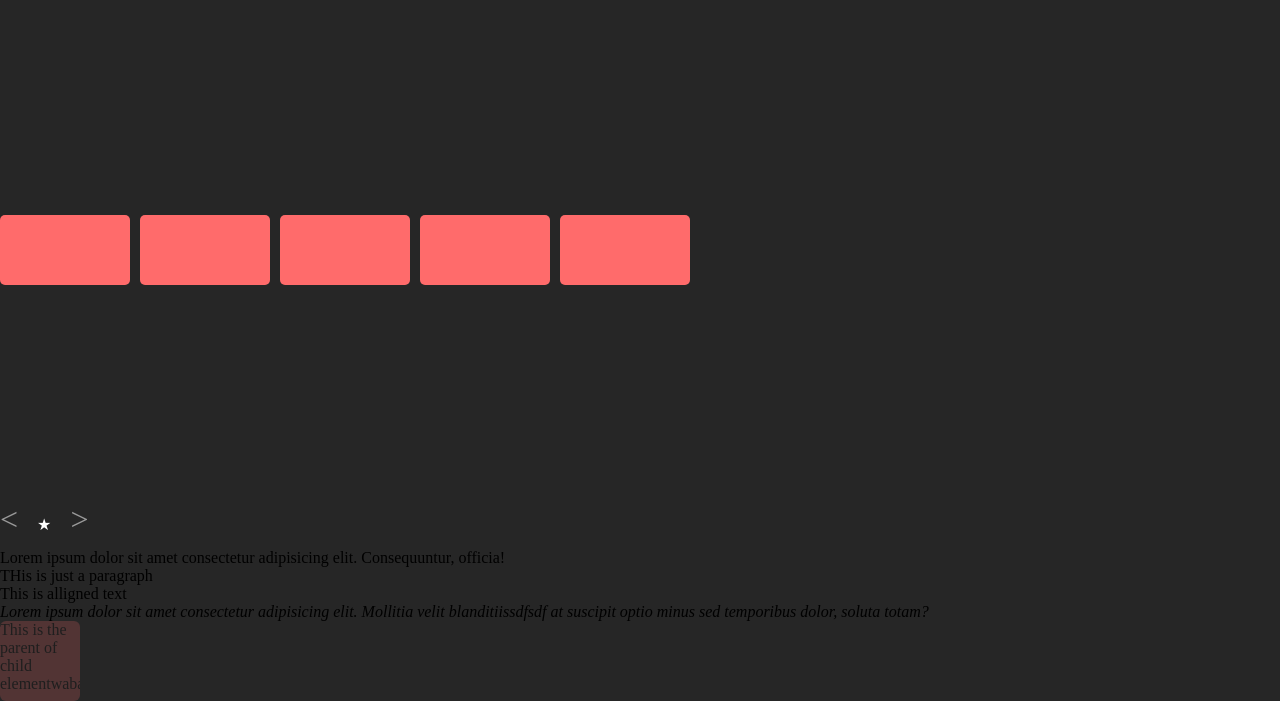
Repository: robin-webdev/frontend
Page: CSS/index.html
These files come from the project's save history. The page is drawn as it stood at one moment and after the next save; the edit follows.
The browser window is 1280 px wide. The pictures show the part of the page from y = 0 to 701 px (the page is 1084 px tall).
Pictures or frames that could not be fetched are drawn as grey boxes. The style sheet was rebuilt from its Sass, Less or Tailwind sources for each picture, by a compiler version that may differ from the author's.

Above is the page before, as saved 2025-12-17 15:36:40.

### CSS/index.html
<!DOCTYPE html>
<html lang="en">
  <head>
    <meta charset="UTF-8" />
    <meta name="viewport" content="width=device-width, initial-scale=1.0" />
    <title>SCSS</title>
    <link rel="stylesheet" href="style.css" />
  </head>
  <body>
    <main>

      <section class="section8">
        <div class="box"></div>
        <div class="box"></div>
        <div class="box"></div>
        <div class="box"></div>
        <div class="box"></div>
      </section>

      <section class="section1">
        <span class="quote">
          <span class="icon"></span>
        </span>
      </section>
      <section class="section2">Lorem ipsum dolor sit amet consectetur adipisicing elit. Consequuntur, officia!
        <p>THis is just a paragraph</p>
      </section>
      <section class="section3">This is alligned text
        <p>Lorem ipsum dolor sit amet consectetur adipisicing elit. Mollitia velit blanditiissdfsdf at suscipit optio minus sed temporibus dolor, soluta totam?</p>
      </section>
      <section class="section4">This is the parent of child elementwaba
        <div class="child">Child</div>
      </section>
      <section class="section5">
        <h2>Mountains</h2>
      </section>
       <section class="section6">
        <div class="box"></div>
      </section>
        <section class="section7">
      <h1>Drishyam 2</h1>
     </section>


    </main>
  </body>
</html>

### CSS/style.scss
@mixin center() {
  display: flex;
  justify-content: center;
  align-items: center;
}

* {
  margin: 0;
  padding: 0;
  box-sizing: border-box;
}

@font-face {
  font-family: horror; /* Custom name for your font */
  src: url(./Blood\ Victim\ Zombie.ttf); /* Path to font file */
}

html,
body {
  height: 100%;
  width: 100%;
  background-color: rgb(38, 38, 38);
}

.quote::before {
  content: "<"; /* Adds opening quote */
  font-size: 2em;
  color: #999;
}

.quote::after {
  content: ">"; /* Adds closing quote */
  font-size: 2em;
  color: #999;
}

.icon::before {
  content: "★"; /* Adds star icon before text */
  display: inline-block;
  padding: 15px;
  color: white;
}

.section2::selection {
  background-color: #ff6b6b; /* Color when text is highlighted */
  color: white;
}

.section2 {
  p::selection {
    background-color: yellow; /* Specific to paragraphs */
    color: black;
  }
}

.section3 {
  // text-indent: 50px;
  // letter-spacing: 5px;
  // text-align: center;

  p {
    // word-break: break-all;
    white-space: nowrap;
    overflow: hidden;
    text-overflow: ellipsis;
    font-style: italic;
  }
}

.section4 {
  height: 80px;
  width: 80px;
  background-color: #ff6b6b;
  border-radius: 6px;
  opacity: 0.2;
  // filter: blur(1px);
  -webkit-backdrop-filter: blur(10px);
}

.section4 {
  overflow: hidden;
  .child {
    height: 30px;
    width: 30px;
    background-color: crimson;
    transform: translate(100px);
    // position: relative;
  }
}

.section5 {
  background-image: url(https://cdn.pixabay.com/photo/2018/01/14/23/12/nature-3082832_1280.jpg);
  background-size: cover;
  height: 200px;
  display: flex;
  justify-content: center;
  align-items: center;

  h2 {
    font-family: horror;
    color: white;
    padding: 5px 10px;
    border-radius: 10px;
    // opacity: 0.5;

    backdrop-filter: blur(2px);
  }
}

.section6 {
  padding-top: 50px;
  display: flex;
  justify-content: center;
  align-items: center;
  perspective: 100px;

  .box {
    height: 100px;
    width: 150px;
    background-image: url(https://cdn.pixabay.com/photo/2018/01/14/23/12/nature-3082832_1280.jpg);
    background-size: cover;
    background-position: center;
    border: 3px solid rgb(49, 49, 49);
    // border-radius: 5px;
    transform: rotateY(45deg);
  }
}

.section7 {
  @include center();

  h1 {
    background-image: url(https://cdn.pixabay.com/photo/2018/01/14/23/12/nature-3082832_1280.jpg);
    background-size: cover;
    background-position: center;
    background-clip: text;
    color: transparent;
    font-family: "Segoe UI", Tahoma, Geneva, Verdana, sans-serif;
  }
}

.section8{
  height: 500px;
  @include center();
  gap: 10px;
  flex-wrap: wrap;
  justify-content: start;
  align-content: center;

  .box{
    background-color: #ff6b6b;
    height: 70px;
    width: 130px;
    border-radius: 5px;

  }
}

After the next save:
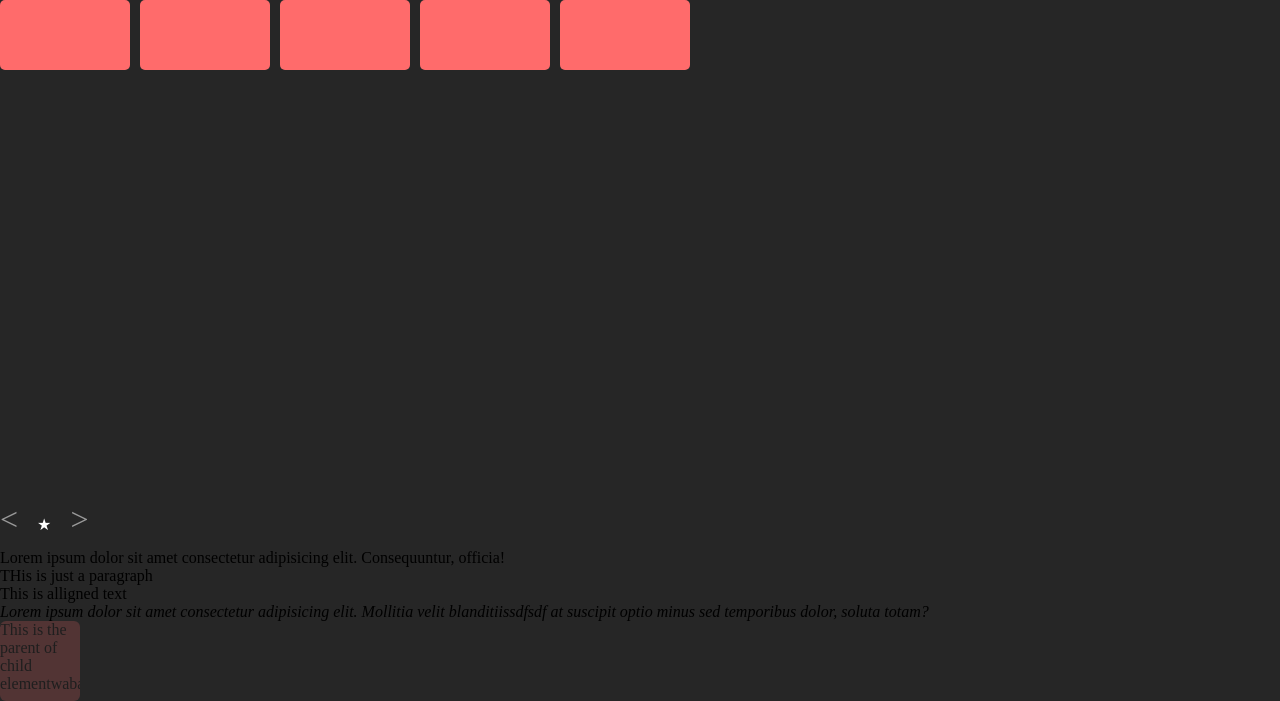
Saved 4 s later.
--- a/CSS/style.scss
+++ b/CSS/style.scss
@@ -145,7 +145,7 @@
   gap: 10px;
   flex-wrap: wrap;
   justify-content: start;
-  align-content: center;
+  align-content: start;
 
   .box{
     background-color: #ff6b6b;

After the 4 saves that followed:
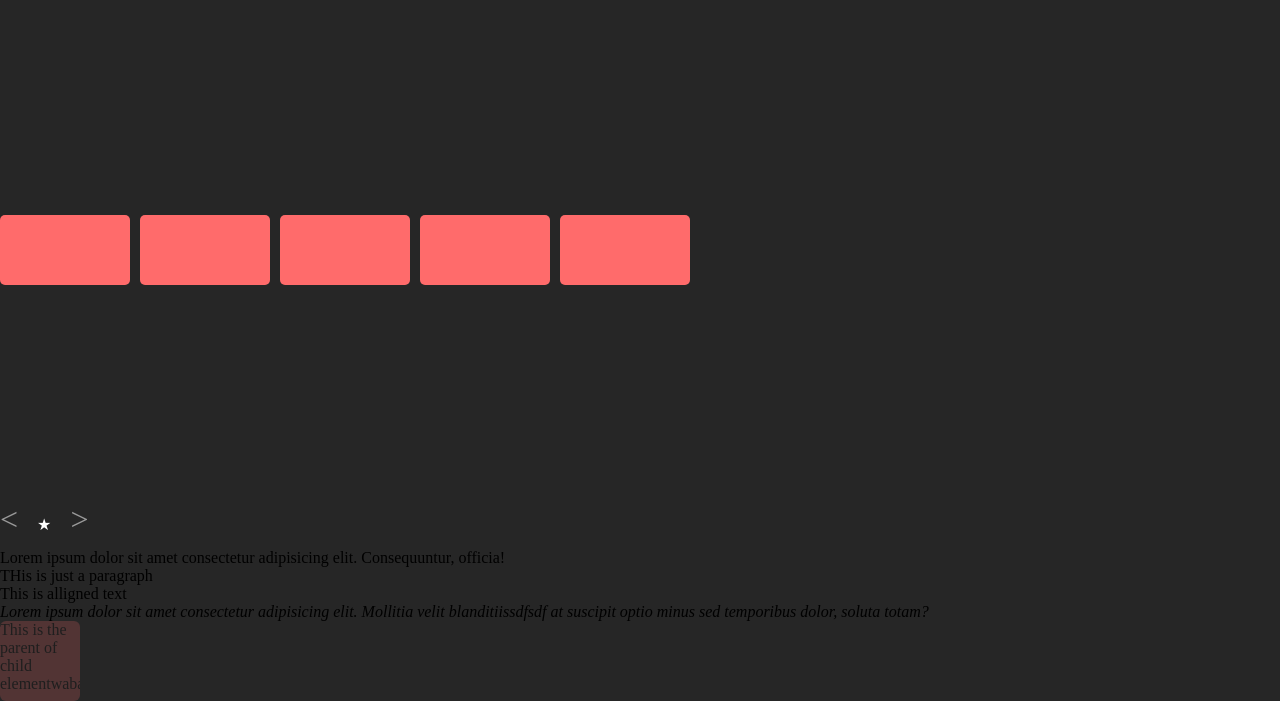
The 4 saves are shown as one change because 1 did not build or start and 1 left the picture as it was and some came seconds apart.
The last was saved 18 s later.
--- a/CSS/style.scss
+++ b/CSS/style.scss
@@ -145,7 +145,7 @@
   gap: 10px;
   flex-wrap: wrap;
   justify-content: start;
-  align-content: start;
+  align-content: space-around;
 
   .box{
     background-color: #ff6b6b;
